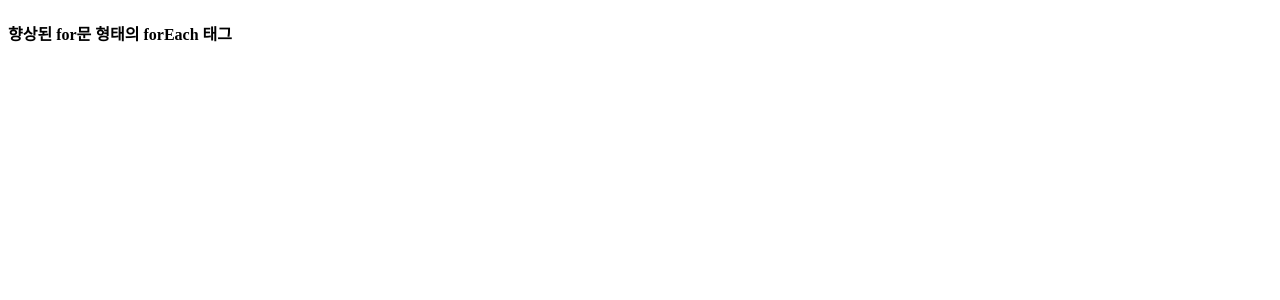
Repository: gunbong0921-cell/15JSP
Page: http://localhost/JSPStudy/04JSTL/core/ForEachExtend1.jsp
These files come from the project's save history. The page is drawn as it stood at one moment and after a run of saves; the edit follows.
The browser window is 1280 px wide. The pictures show the whole page.
The page is served by Tomcat 10. Other server files are loaded and not shown.

Above is the page before, as saved 2026-09-21 07:48:41.

### JSPStudy/src/main/webapp/04JSTL/core/ForEachExtend1.jsp
<%@ page language="java" contentType="text/html; charset=UTF-8"
    pageEncoding="UTF-8"%>
<%@ taglib prefix="c" uri="http://java.sun.com/jsp/jstl/core"%>
<!DOCTYPE html>
<html>
<head>
<meta charset="UTF-8">
<title>JSTL - forEach 2</title>
</head>
<body>
	<h4>향상된 for문 형태의 forEach 태그</h4>

</body>

After the next 3 saves:
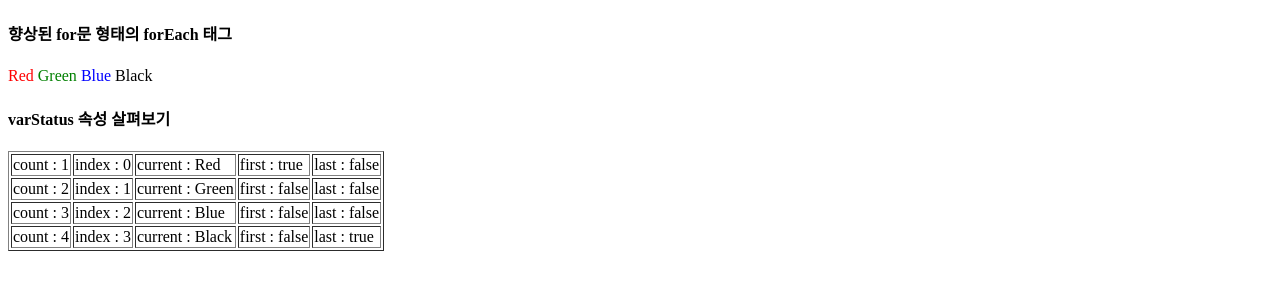
The 3 saves are shown as one change because 2 did not build or start.
The last was saved 10 min 34 s later.
--- a/JSPStudy/src/main/webapp/04JSTL/core/ForEachExtend1.jsp
+++ b/JSPStudy/src/main/webapp/04JSTL/core/ForEachExtend1.jsp
@@ -9,5 +9,25 @@
 </head>
 <body>
 	<h4>향상된 for문 형태의 forEach 태그</h4>
+	<%
+	String[] rgba = {"Red", "Green", "Blue", "Black"};
+	%>
+	<%-- 수정: item을 items로 변경 --%>
+	<c:forEach items="<%= rgba %>" var="c">
+		<span style="color:${ c };">${ c }</span>
+	</c:forEach>
 
+	<h4>varStatus 속성 살펴보기</h4>
+	<table border="1">
+	<c:forEach items="<%= rgba %>" var="c" varStatus="loop">
+		<tr>
+			<td>count : ${ loop.count }</td>
+			<td>index : ${ loop.index }</td>
+			<td>current : ${ loop.current }</td>
+			<td>first : ${ loop.first }</td>
+			<td>last : ${ loop.last }</td>
+		</tr>
+	</c:forEach>
+	</table>
 </body>
+</html>
